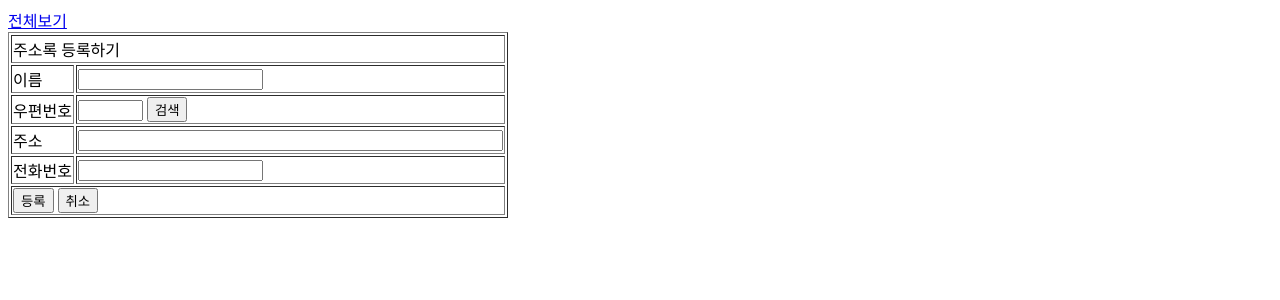
Repository: yubeens/JSP
Page: http://localhost/JSP_Project/jQueryAddress/insert.jsp
An editor plug-in stored every save of this project. The page is shown before and after the next save, followed by the edit.
The browser window is 1280 px wide. The pictures show the whole page.
The page is served by Tomcat 9. Other server files are loaded and not shown.

Above is the page before, as saved 2025-02-28 01:16:47.

### JSP_Project/src/main/webapp/jQueryAddress/insert.jsp
<%@ page language="java" contentType="text/html; charset=UTF-8"
    pageEncoding="UTF-8"%>
<!DOCTYPE html>
<html>
<head>
<meta charset="UTF-8">
<title>Insert title here</title>
</head>
<body>
<a href=#>전체보기</a>
<form action="insert_process.jsp" method="post">
        <table border=1>
        	<tr>
        		<td colspan="2">주소록 등록하기</td>
            <tr>
                <td>이름</td>
                <td><input type="text" name="name"></td>
            </tr>
            <tr>
                <td>우편번호</td>
                <td>
                    <input type="text" size=5 name="zipcode">
                    <button type="button">검색</button>
                </td>
            </tr>
            <tr>
                <td>주소</td>
                <td><input type="text" size=50 name="address"></td>
            </tr>
            <tr>
                <td>전화번호</td>
                <td><input type="text" name="phone"></td>
            </tr>
            <tr>
                <td colspan="2">
                    <button type="submit" value="등록">등록</button>
                    <button type="reset" value="취소">취소</button>
                </td>
            </tr>
        </table>
    </form>

</body>
</html>

After the next save:
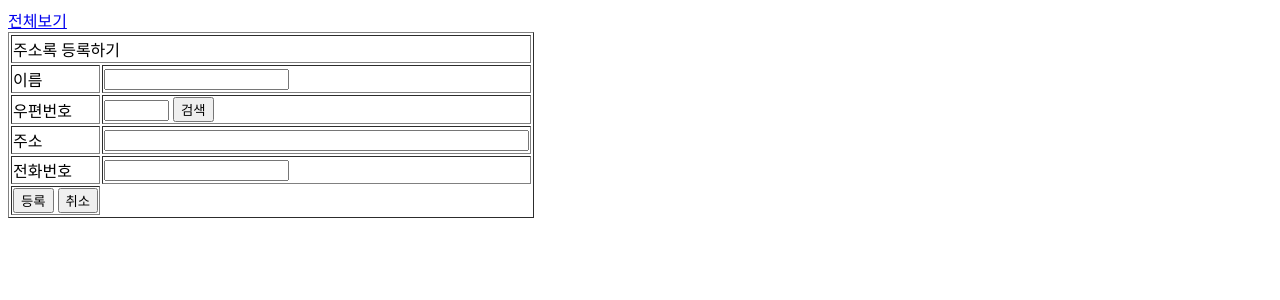
Saved 8 s later.
--- a/JSP_Project/src/main/webapp/jQueryAddress/insert.jsp
+++ b/JSP_Project/src/main/webapp/jQueryAddress/insert.jsp
@@ -32,7 +32,7 @@
                 <td><input type="text" name="phone"></td>
             </tr>
             <tr>
-                <td colspan="2">
+                <td>
                     <button type="submit" value="등록">등록</button>
                     <button type="reset" value="취소">취소</button>
                 </td>
